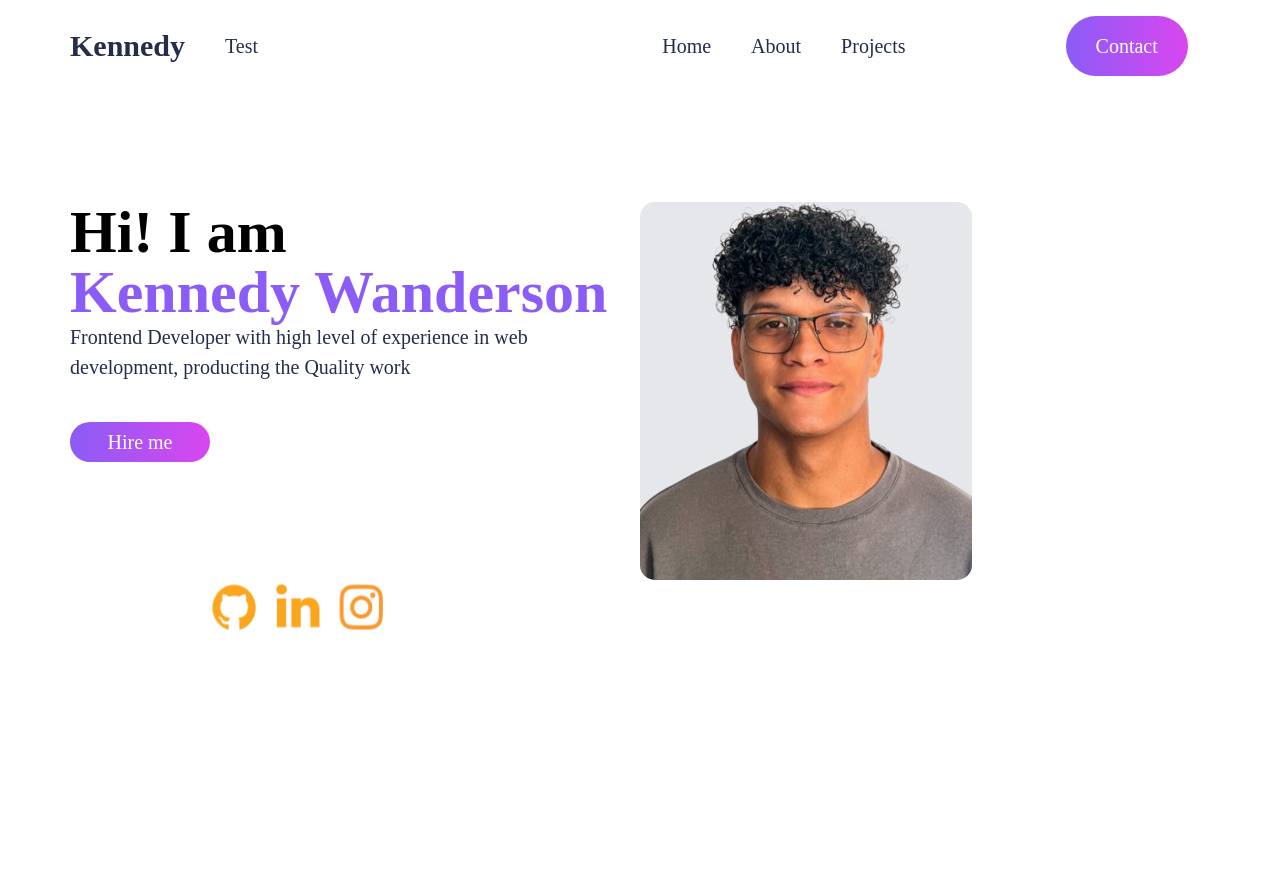
Repository: KennedyWanderson/portfolio
Page: /
The author's editor kept a copy of each file at every save. The page is drawn from the files as they stood at one save, then again after the next save.
The browser window is 1280 px wide. The pictures show the whole page.
Some web fonts or font styles are not loaded; a fallback is used. The project was rebuilt for these pictures with package versions that can differ from the ones it lists, and the page was loaded fresh each time.

Above is the page before, as saved 2024-01-17 11:46:14.

### public/index.html
<!DOCTYPE html>
<html lang="en">
  <head>
    <meta charset="utf-8" />
    <link rel="icon" href="%PUBLIC_URL%/favicon.ico" />
    <meta name="viewport" content="width=device-width, initial-scale=1" />
    <meta name="theme-color" content="#000000" />
    <meta
      name="description"
      content="Web site created using create-react-app"
    />

    <style>
      @font-face{
        font-family: Gumela;
        src: url('../src/fonts/*');
      }

      *{
        font-family: 'Gumela';
        font-weight: normal;
        font-size: 20px;
      }
      body{
        margin: 0;
      }
    </style>
    <link rel="apple-touch-icon" href="%PUBLIC_URL%/logo192.png" />
    <!--
      manifest.json provides metadata used when your web app is installed on a
      user's mobile device or desktop. See https://developers.google.com/web/fundamentals/web-app-manifest/
    -->
    <link rel="manifest" href="%PUBLIC_URL%/manifest.json" />
    <!--
      Notice the use of %PUBLIC_URL% in the tags above.
      It will be replaced with the URL of the `public` folder during the build.
      Only files inside the `public` folder can be referenced from the HTML.

      Unlike "/favicon.ico" or "favicon.ico", "%PUBLIC_URL%/favicon.ico" will
      work correctly both with client-side routing and a non-root public URL.
      Learn how to configure a non-root public URL by running `npm run build`.
    -->
    <title>React App</title>
  </head>
  <body>
    <noscript>You need to enable JavaScript to run this app.</noscript>
    <div id="root"></div>
    <!--
      This HTML file is a template.
      If you open it directly in the browser, you will see an empty page.

      You can add webfonts, meta tags, or analytics to this file.
      The build step will place the bundled scripts into the <body> tag.

      To begin the development, run `npm start` or `yarn start`.
      To create a production bundle, use `npm run build` or `yarn build`.
    -->
  </body>
</html>

### src/index.css
@import 'tailwindcss/base';
@import 'tailwindcss/components';
@import 'tailwindcss/utilities';

:root
{
  --yellow: #F5C32C;
    --orange : #FCA61F;
    --black : #242D49;
    --gray : #788097;
    --blueCard : #DDF8FE;
    --purple: rgb(238 210 255);
    --boxShadow : 0px 19px 60px rgb(0 0 0 / 8%);
    --orangeCard: rgba(252, 166, 31, 0.45);
    --smboxShadow: -79px 51px 60px rgba(0, 0, 0, 0.08);
}

.App{
    padding: 0.5rem 3.5rem;
    overflow: hidden;
    color: var(--black);
}

### src/App.js
import logo from './logo.svg';
import './App.css';
import './index.css'
import Navbar from './Components/Navbar/Navbar';
import About from './Components/About/About';

function App() {
  return (
    <div className="App">
      <Navbar />
      <About />
    </div>
  );
}

export default App;

### src/App.css
@import 'tailwindcss/base';
@import 'tailwindcss/components';
@import 'tailwindcss/utilities';

:root
{
  --yellow: #F5C32C;
    --orange : #FCA61F;
    --black : #242D49;
    --gray : #788097;
    --blueCard : #DDF8FE;
    --purple: rgb(238 210 255);
    --boxShadow : 0px 19px 60px rgb(0 0 0 / 8%);
    --orangeCard: rgba(252, 166, 31, 0.45);
    --smboxShadow: -79px 51px 60px rgba(0, 0, 0, 0.08);
}

.App{
    padding: 0.5rem 3.5rem;
    overflow: hidden;
    color: var(--black);
}

.button{
  border-radius: 34px;
  border: none;
  color: white;
  font-size: 16px;
  padding: 10px;
}

### src/Components/Navbar/Navbar.jsx
import React from "react";

const Navbar = () => {
    return(             //h-screen
        <div className="h-[10vh] flex justify-between">
            <div className="flex-1 flex items-center gap-8">
                <div className="text-2xl font-bold">Kennedy</div>
                <span>Test</span>
            </div>
            <div className="flex flex-1 items-center justify-center font-normal">
                <div className="flex-grow-10">
                    <ul className="flex gap-8 mr-32 hover:cursor-grab">
                        <li className="hover:text-orange-500">Home</li>
                        <li className="hover:text-orange-500">About</li>
                        <li className="hover:text-orange-500">Projects</li>
                    </ul>
                </div>
                <button className=" rounded-3xl	border-none	text-white text-base pt-3 p-3 pr-6 pl-6 bg-gradient-to-r from-violet-500 to-fuchsia-500
                hover:cursor-grab bg-white hover:text-orange-500
                ">Contact</button>
            </div>
        </div>
    )
}

export default Navbar;

### src/Components/About/About.jsx
import React from "react";
import Github from '../../img/github.png'
import Instagram from '../../img/instagram.png'
import Linkedin from '../../img/linkedin.png'
import Profile from '../../img/eu.png'
import Vector1 from '../../img/Vector1.png'
import Vector2 from '../../img/Vector2.png'



const About = () => {
    return (
        <div className="flex h-[77vh] my-24">
            <div className="flex flex-col relative flex-1 gap-8">
                <div className="flex flex-col">
                    <span className="text-black font-bold text-5xl">Hi! I am</span>
                    <span className="text-violet-500 font-bold text-5xl">Kennedy Wanderson</span>
                    <span>Frontend Developer with high level of experience
                        in web development, producting the Quality work                   </span>
                </div>
                <button className="rounded-3xl	border-none	text-white text-base pt-3 p-3 pr-6 pl-6 bg-gradient-to-r from-violet-500 to-fuchsia-500
                hover:cursor-grab bg-white hover:text-orange-500 w-28 h-8 flex justify-center items-center">Hire me</button>
                <div className="mt-12 flex gap-8 scale-50 hover:cursor-grab">
                    <a href="https://github.com/KennedyWanderson">
                        <img src={Github} alt="" />
                    </a>
                    <a href="https://www.linkedin.com/in/kennedy-wanderson/">
                        <img src={Linkedin} alt="" />
                    </a>
                    <a href="https://www.instagram.com/_dev.kennedy/">
                        <img src={Instagram} alt="" />
                    </a>
                </div>
            </div>
            <div className="flex-1 relative">
                <div className="z-[1] absolute ">
                    <img className="bg-gray-200 rounded-xl" src={Profile} alt="" />
                </div>
            </div>
        </div>
    )
}

export default About;

Loaded but not shown: src/index.js (common file); src/reportWebVitals.js (common file); tailwind.config.js (common file)

After the next save:
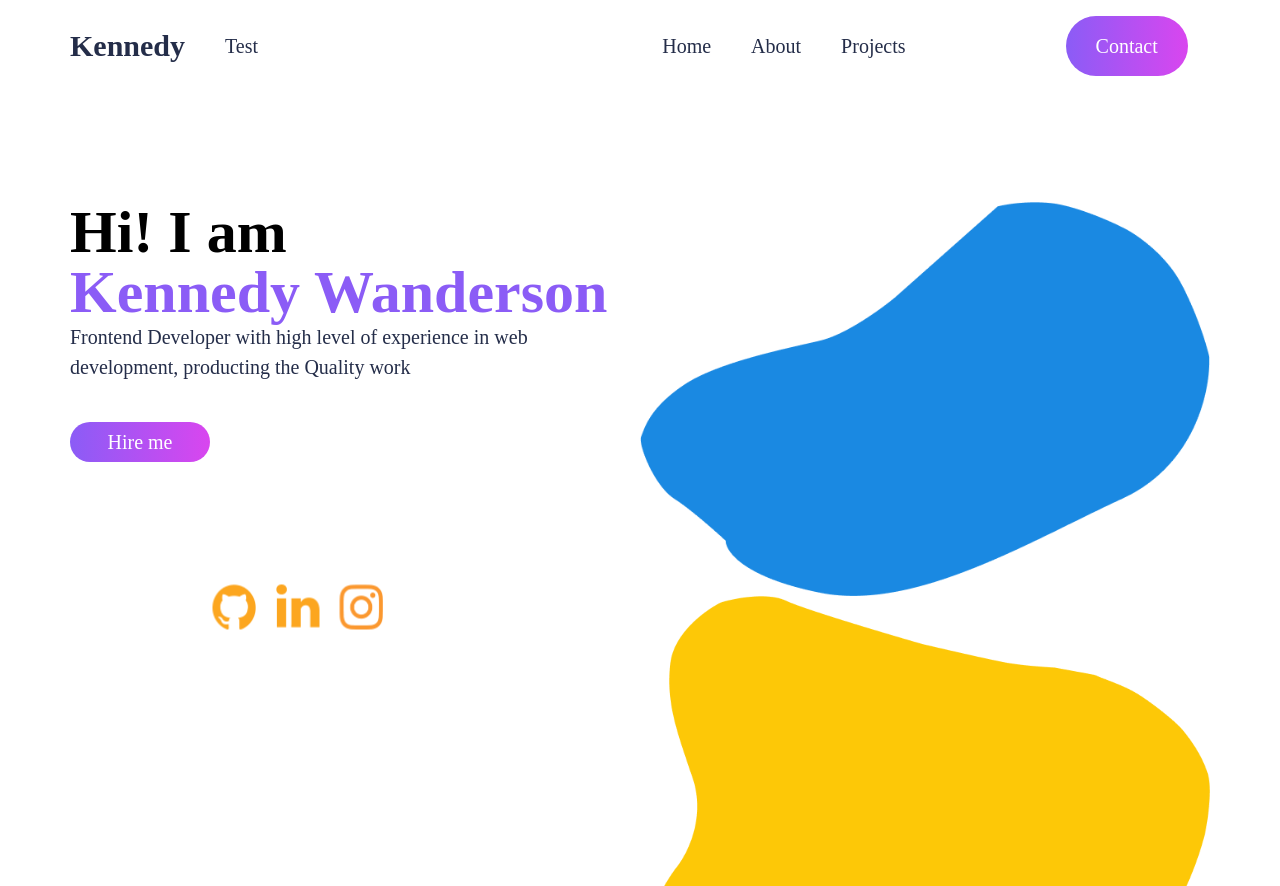
Saved 25 s later.
--- a/src/Components/About/About.jsx
+++ b/src/Components/About/About.jsx
@@ -33,8 +33,10 @@ const About = () => {
                 </div>
             </div>
             <div className="flex-1 relative">
-                <div className="z-[1] absolute ">
-                    <img className="bg-gray-200 rounded-xl" src={Profile} alt="" />
+                <div className="z- absolute ">
+                    <img className="scale-145 " src={Vector1} alt="" />
+                    <img className="scale-145 " src={Vector2} alt="" />
+                    <img className="scale-145 " src={Profile} alt="" />
                 </div>
             </div>
         </div>
